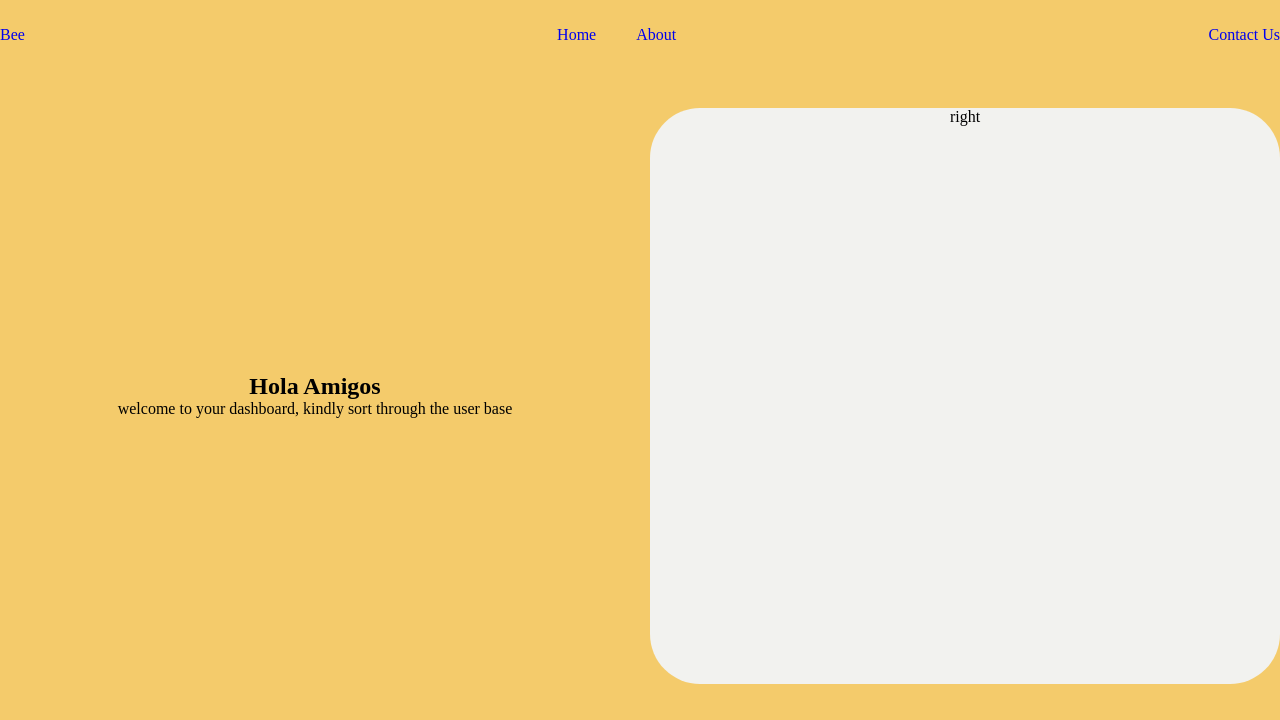
Repository: ble-syn/Random-user-generator-app
Page: /
These files come from the project's save history. The page is drawn as it stood at one moment and after the next save; the edit follows.
The browser window is 1280 px wide. The pictures show the whole page.
The project was rebuilt for these pictures with package versions that can differ from the ones it lists, and the page was loaded fresh each time. Also part of the build but not shown: src/pages/About.jsx, src/pages/Policy.jsx, src/pages/Terms.jsx, src/pages/Contact.jsx, src/pages/NotFound.jsx.

Above is the page before, as saved 2022-10-26 00:41:30.

After the next save:
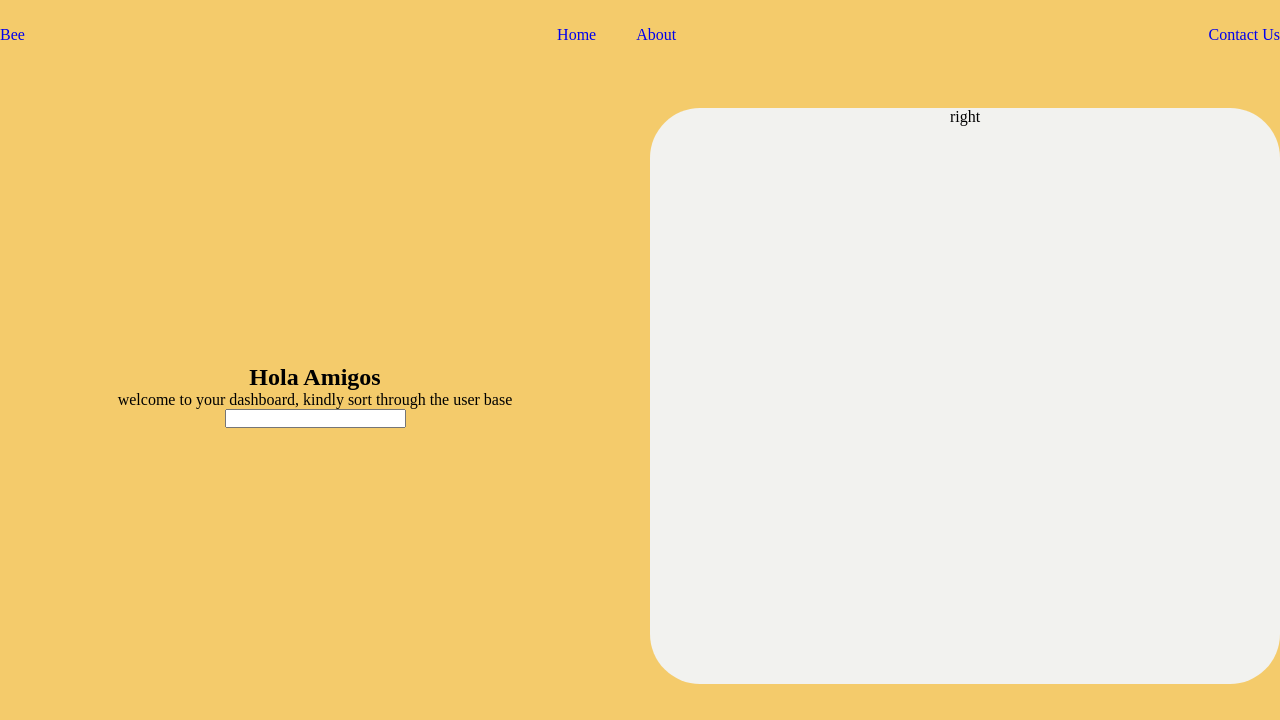
Saved 72 s later.
--- a/src/pages/Home.jsx
+++ b/src/pages/Home.jsx
@@ -6,6 +6,9 @@ function Home() {
       <div id="left">
         <h2>Hola Amigos</h2>
         <p>welcome to your dashboard, kindly sort through the user base</p>
+        <form action="">
+          <input type="text" name="" id="" />
+        </form>
       </div>
       <div id="right">
         right
